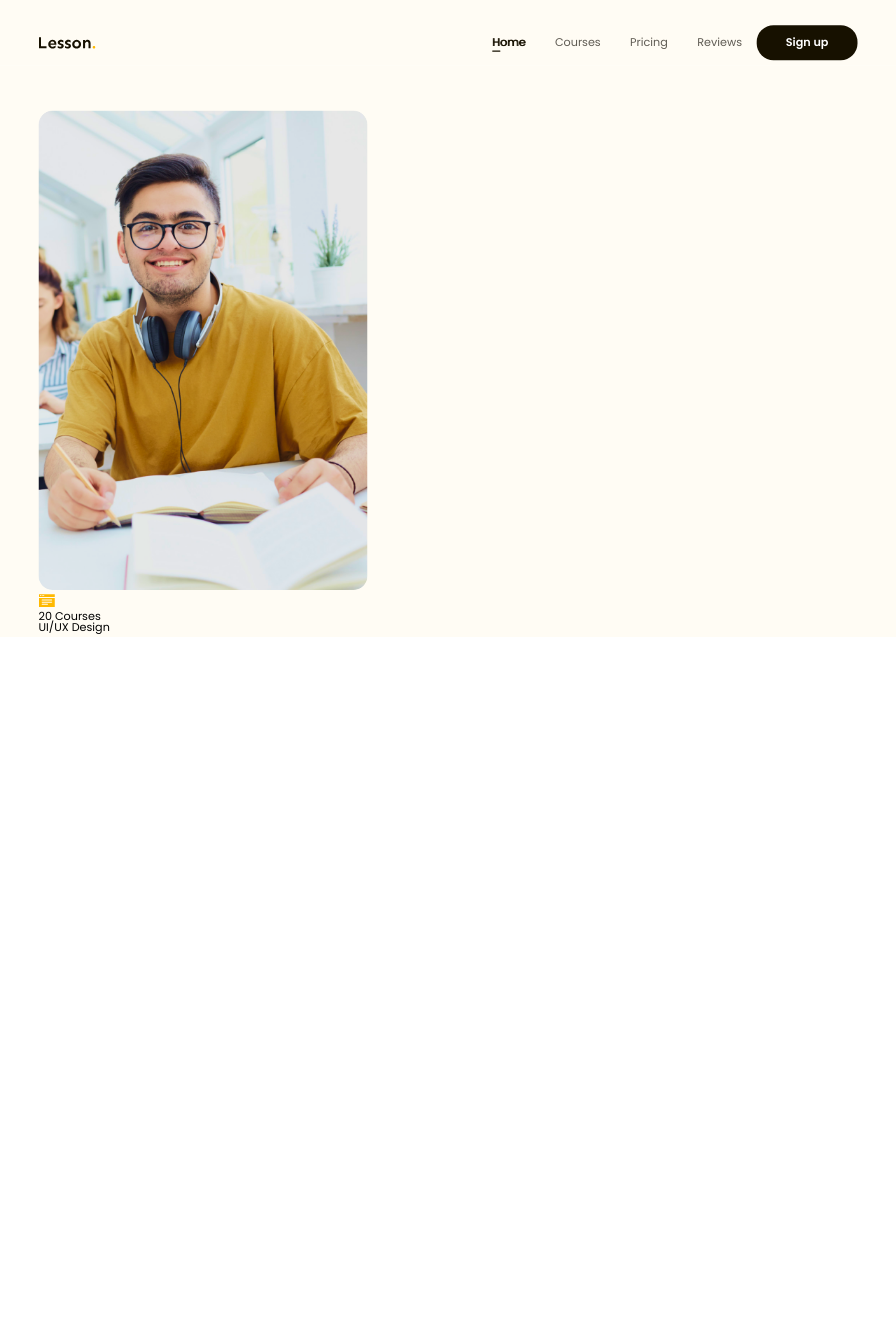
Repository: empty24062002/f8-htmlcss-02
Page: index.html
These files come from the project's save history. The page is drawn as it stood at one moment and after the next save; the edit follows.
The browser window is 1280 px wide. The pictures show the part of the page from y = 0 to 1920 px (the page is 5094 px tall), at 70% of full size.

Above is the page before, as saved 2023-07-18 08:51:30.

After the next save:
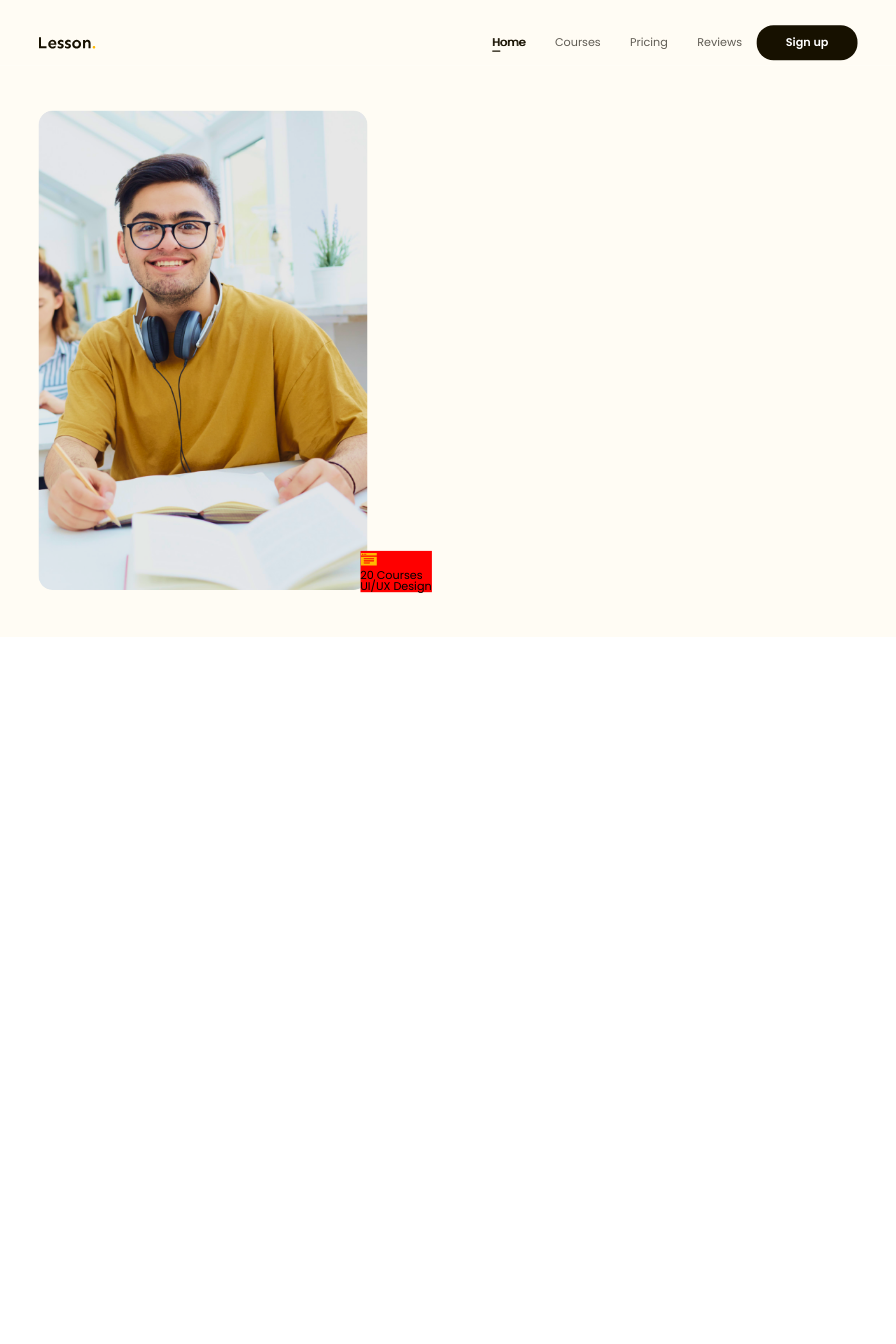
Saved 17 s later.
--- a/assets/css/styles.css
+++ b/assets/css/styles.css
@@ -114,4 +114,7 @@
 
 .hero .hero-summary {
     position: absolute;
+    right: 0;
+    bottom: 0;
+    background-color: red;
 }
